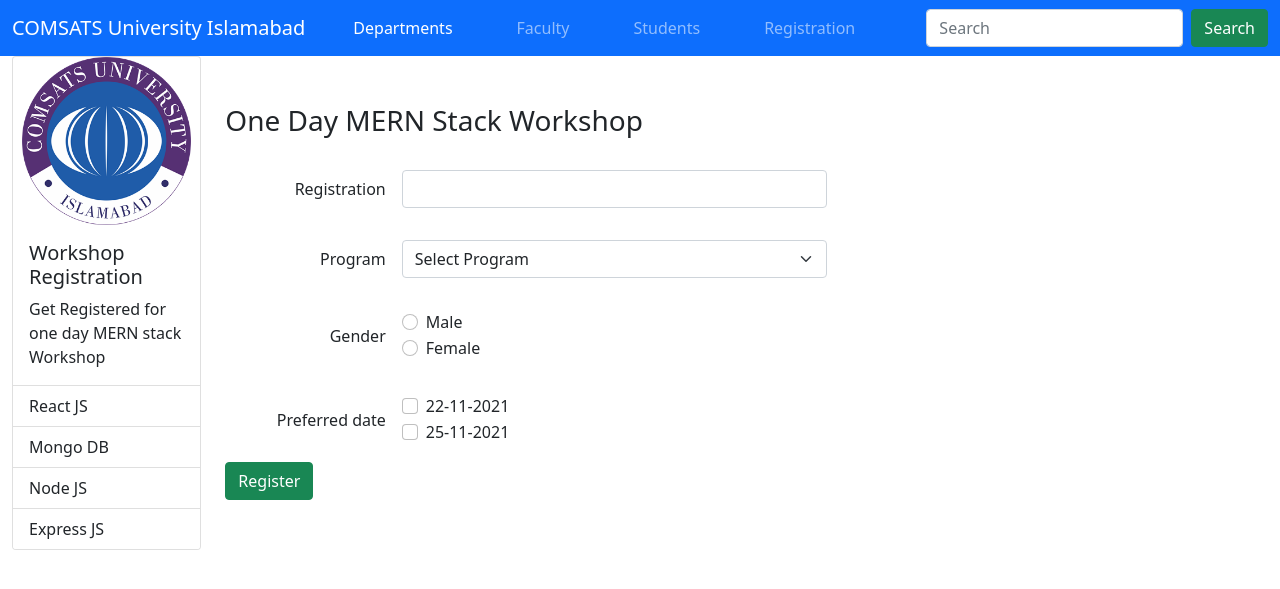
Repository: SaudCh/Web-Mid-Exams
Page: /register
The author's editor kept a copy of each file at every save. The page is drawn from the files as they stood at one save, then again after the next save.
The browser window is 1280 px wide. The pictures show the whole page.
The project was rebuilt for these pictures with package versions that can differ from the ones it lists, and the page was loaded fresh each time. Also part of the build but not shown: src/Invalid/invalid.jsx, src/Students/student.jsx.

Above is the page before, as saved 2021-11-26 00:37:34.

### src/App.js
import React from "react";
import {
  BrowserRouter as Router,
  Switch,
  Route,
  Redirect,
} from "react-router-dom";
import "../node_modules/bootstrap/dist/css/bootstrap.min.css";
import "../node_modules/bootstrap/dist/js/bootstrap.bundle.min";
import Header from "./Shared/Header";
import SideBar from "./Shared/SideBar";
import Register from "./Register/register";
import Invalid from "./Invalid/invalid";
import Student from "./Students/student";

export default function App() {
  return (
    <Router>
      <Header />
      <div className="container-fluid">
        <div className="row">
          <div className="col-12 col-md-2">
            <SideBar />
          </div>
          <div className="col-12 col-md-10">
            <Switch>
              <Route path="/" exact>
                <div></div>
              </Route>
              <Route path="/register/" exact>
                <Register />
              </Route>
              <Route path="/invalid/" exact>
                <Invalid />
              </Route>
              <Route path="/list/:register/:program/:gender/:date" exact>
                <Student />
              </Route>
              <Redirect to="/invalid/" />
            </Switch>
          </div>
        </div>
      </div>
    </Router>
  );
}

### src/Shared/Header.jsx
import React from "react";
import { Link } from "react-router-dom";
export default function Header() {
  return (
    <nav class="navbar navbar-expand-lg navbar-dark bg-primary">
      <div class="container-fluid">
        <Link to="/" class="navbar-brand" href="#">
          COMSATS University Islamabad
        </Link>
        <button
          class="navbar-toggler"
          type="button"
          data-bs-toggle="collapse"
          data-bs-target="#navbarSupportedContent"
          aria-controls="navbarSupportedContent"
          aria-expanded="false"
          aria-label="Toggle navigation"
        >
          <span class="navbar-toggler-icon"></span>
        </button>
        <div class="collapse navbar-collapse" id="navbarSupportedContent">
          <ul class="navbar-nav me-auto mb-2 mb-lg-0">
            <li class="nav-item mx-md-4">
              <Link to="/" class="nav-link active" aria-current="page" href="#">
                Departments
              </Link>
            </li>
            <li class="nav-item mx-md-4">
              <Link to="/" class="nav-link" href="#">
                Faculty
              </Link>
            </li>

            <li class="nav-item mx-md-4">
              <Link
                to="/list/sp19-bcs-078/BCS/Male/22-11-201"
                class="nav-link"
                href="#"
                tabindex="-1"
                aria-disabled="true"
              >
                Students
              </Link>
            </li>
            <li class="nav-item mx-md-4">
              <Link
                to="/register/"
                class="nav-link"
                href="#"
                tabindex="-1"
                aria-disabled="true"
              >
                Registration
              </Link>
            </li>
          </ul>
          <form class="d-flex">
            <input
              class="form-control me-2"
              type="search"
              placeholder="Search"
              aria-label="Search"
            />
            <button
              class="btn btn-outline-success btn-success text-white"
              type="submit"
            >
              Search
            </button>
          </form>
        </div>
      </div>
    </nav>
  );
}

### src/Shared/SideBar.jsx
import React from "react";
import logo from "../public/comsats-logo.png";

export default function SideBar() {
  return (
    <div class="card">
      <img
        src={logo}
        class="card-img-top"
        style={{ width: "90%", alignSelf: "center" }}
        alt="..."
      />
      <div class="card-body">
        <h5 class="card-title">Workshop Registration</h5>
        <p class="card-text">Get Registered for one day MERN stack Workshop</p>
      </div>
      <ul class="list-group list-group-flush">
        <li class="list-group-item">React JS</li>
        <li class="list-group-item">Mongo DB</li>
        <li class="list-group-item">Node JS</li>
        <li class="list-group-item">Express JS</li>
      </ul>
    </div>
  );
}

### src/Register/register.jsx
import React, { useRef, useState } from "react";
import { Link, useHistory } from "react-router-dom";
import { Formik, Form, Field } from "formik";
import * as Yup from "yup";

export default function Register() {
  // const handleSubmit = (e) => {
  //   e.preventDefault();

  //   history.push(
  //     `/list/${Registration.current.value}/${Program.current.value}/male/22-11-2021`
  //   );
  // };

  const SignupSchema = Yup.object().shape({
    registration: Yup.string().required("Registration Required"),
    program: Yup.string().required("Program Required"),
    gender: Yup.string().required("Gender Required"),
  });

  return (
    <div className="my-5">
      <h3>One Day MERN Stack Workshop</h3>
      <Formik
        initialValues={{
          registration: "",
          program: "",
          gender: "",
          date: [],
        }}
        validationSchema={SignupSchema}
        onSubmit={(values, { setSubmitting }) => {
          setTimeout(() => {
            console.log(values);
            setSubmitting(false);
          }, 2000);
        }}
        validate={(values) => {
          let error = {};

          // if (!values.registration) {
          //   error.registration = "Registration Number Required";
          // }

          if (values.program === "0") {
            error.program = "Program Required s";
          }

          // if (!values.gender) {
          //   error.gender = "Gender Required";
          // }

          // if (!values.date) {
          //   error.date = "Date Required";
          // }

          return error;
        }}
      >
        {({
          handleSubmit,
          handleChange,
          values,
          errors,
          handleBlur,
          isSubmitting,
        }) => (
          <Form onSubmit={handleSubmit}>
            {/*********Registration********** */}
            <div class="row g-3 align-items-center my-3">
              <div class="col-2 text-end">
                <label for="registration" class="col-form-label">
                  Registration
                </label>
              </div>
              <div class="col-5">
                <Field
                  onChange={handleChange}
                  type="text"
                  id="registration"
                  class="form-control"
                  name="registration"
                  value={values.registration}
                  onBlur={handleBlur}
                />
              </div>

              {errors.registration && (
                <div class="alert alert-danger col-7" role="alert">
                  {errors.registration}
                </div>
              )}
            </div>
            {/*********Program****** */}
            <div class="row g-3 align-items-center my-3">
              <div class="col-2  text-end">
                <label for="program" class="col-form-label">
                  Program
                </label>
              </div>
              <div class="col-5">
                <Field
                  name="program"
                  as="select"
                  id="program"
                  class="form-select"
                  onChange={handleChange}
                  onBlur={handleBlur}
                >
                  <option value="0">Select Program</option>
                  <option value="BsCS">BsCS</option>
                  <option value="BsCE">BsSE</option>
                </Field>
              </div>
              {errors.program && (
                <div class="alert alert-danger col-7" role="alert">
                  {errors.program}
                </div>
              )}
            </div>
            {/*********Gender****** */}
            <div class="row g-3 align-items-center my-3">
              <div class="col-2  text-end">
                <label for="gender" class="col-form-label">
                  Gender
                </label>
              </div>
              <div class="col-5">
                <div class="form-check">
                  <Field
                    class="form-check-input"
                    type="radio"
                    name="gender"
                    value="male"
                    id="gender"
                  />
                  <label class="form-check-label" for="flexRadioDefault1">
                    Male
                  </label>
                </div>
                <div class="form-check">
                  <Field
                    class="form-check-input"
                    type="radio"
                    name="gender"
                    value="female"
                    id="gender"
                  />
                  <label class="form-check-label" for="flexRadioDefault2">
                    Female
                  </label>
                </div>
              </div>
              {errors.gender && (
                <div class="alert alert-danger col-7" role="alert">
                  {errors.gender}
                </div>
              )}
            </div>
            {/*********Date****** */}
            <div class="row g-3 align-items-center my-3">
              <div class="col-2  text-end">
                <label for="date" class="col-form-label">
                  Preferred date
                </label>
              </div>
              <div class="col-5">
                <div class="form-check">
                  <Field
                    class="form-check-input"
                    type="checkbox"
                    value="22-11-2021"
                    id="flexCheckDefault"
                    name="date"
                  />
                  <label class="form-check-label" for="flexCheckDefault">
                    22-11-2021
                  </label>
                </div>
                <div class="form-check">
                  <Field
                    class="form-check-input"
                    type="checkbox"
                    value="25-11-2021"
                    id="flexCheckChecked"
                    name="date"
                  />
                  <label class="form-check-label" for="flexCheckChecked">
                    25-11-2021
                  </label>
                </div>
              </div>
              {errors.date && (
                <div class="alert alert-danger col-7" role="alert">
                  {errors.date}
                </div>
              )}
            </div>
            {/*********Button********* */}
            <div>
              <button
                disabled={isSubmitting}
                type="submit"
                className="btn btn-success"
              >
                Register
              </button>
            </div>
          </Form>
        )}
      </Formik>
    </div>
  );
}

Loaded but not shown: public/index.html (common file); src/index.js (common file); src/index.css (common file); src/reportWebVitals.js (common file)

After the next save:
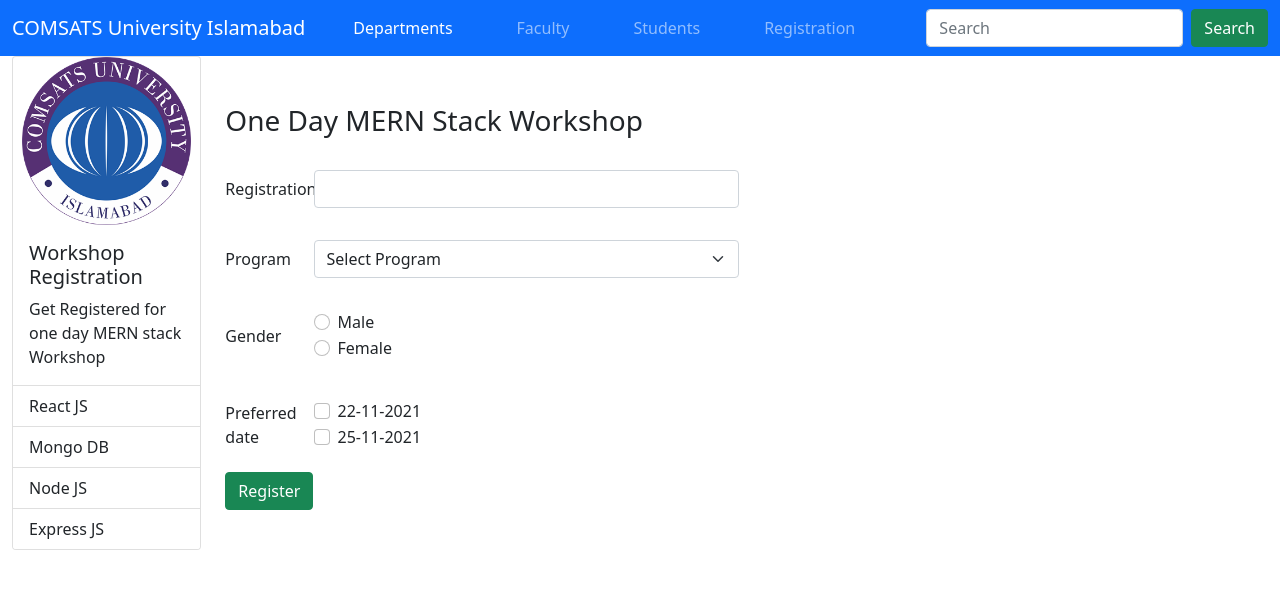
Saved 104 s later.
--- a/src/Register/register.jsx
+++ b/src/Register/register.jsx
@@ -68,7 +68,7 @@
           <Form onSubmit={handleSubmit}>
             {/*********Registration********** */}
             <div class="row g-3 align-items-center my-3">
-              <div class="col-2 text-end">
+              <div class="col-1">
                 <label for="registration" class="col-form-label">
                   Registration
                 </label>
@@ -93,7 +93,7 @@
             </div>
             {/*********Program****** */}
             <div class="row g-3 align-items-center my-3">
-              <div class="col-2  text-end">
+              <div class="col-1">
                 <label for="program" class="col-form-label">
                   Program
                 </label>
@@ -120,7 +120,7 @@
             </div>
             {/*********Gender****** */}
             <div class="row g-3 align-items-center my-3">
-              <div class="col-2  text-end">
+              <div class="col-1">
                 <label for="gender" class="col-form-label">
                   Gender
                 </label>
@@ -159,7 +159,7 @@
             </div>
             {/*********Date****** */}
             <div class="row g-3 align-items-center my-3">
-              <div class="col-2  text-end">
+              <div class="col-1 ">
                 <label for="date" class="col-form-label">
                   Preferred date
                 </label>
